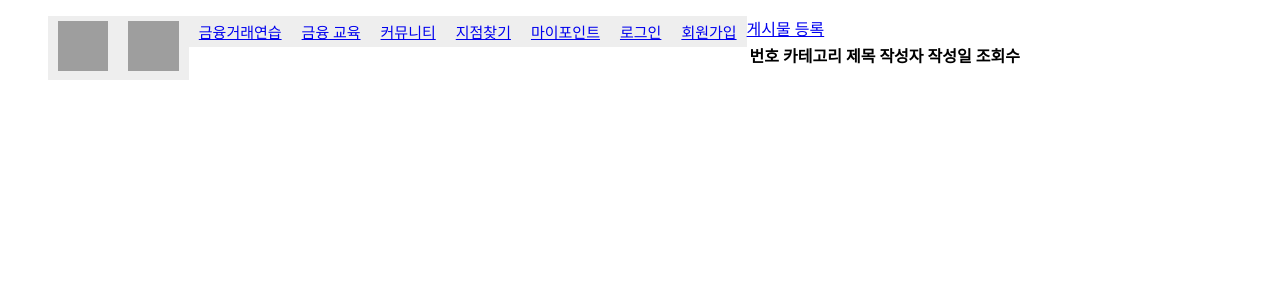
Repository: syc98syc/KB04_TeamProject
Page: http://localhost/jgig/WEB-INF/jsp/board/list.jsp
These files come from the project's save history. The page is drawn as it stood at one moment and after the next save; the edit follows.
The browser window is 1280 px wide. The pictures show the whole page.
Pictures or frames that could not be fetched are drawn as grey boxes. The page is served by Tomcat 9. Nobody is signed in. The template is opened directly, without the code that normally fills it, so the values that code supplies are empty.

Above is the page before, as saved 2023-09-06 01:11:47.

After the next save:
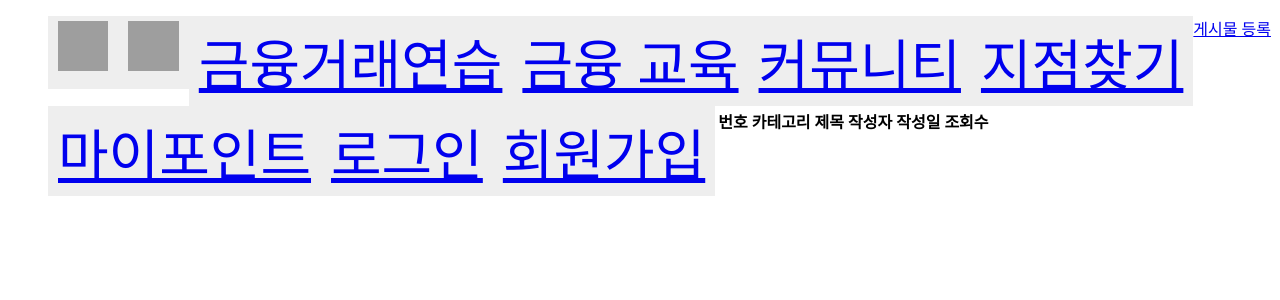
Saved 9 s later.
--- a/jgig/src/main/webapp/WEB-INF/jsp/board/list.jsp
+++ b/jgig/src/main/webapp/WEB-INF/jsp/board/list.jsp
@@ -18,7 +18,7 @@
 		float: left;
 		background: #eee;
 		padding:5px 10px;
-		font-size: 15px;
+		font-size: 55px;
 	}
 </style>
 </head>
